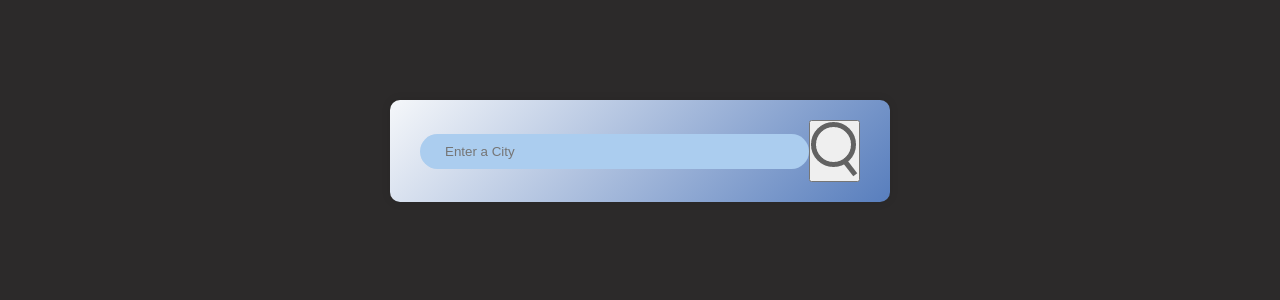
Repository: Haakim19/weatherApp
Page: index.html
These files come from the project's save history. The page is drawn as it stood at one moment and after the next save; the edit follows.
The browser window is 1280 px wide. The pictures show the whole page.

Above is the page before, as saved 2024-11-16 21:04:18.

### index.html
<!DOCTYPE html>
<html lang="en">
<head>
    <meta charset="UTF-8">
    <meta name="viewport" content="width=device-width, initial-scale=1.0">
    <title>Weather App</title>
    <link rel="stylesheet" href="style.css">
</head>
<body>
    <div class="card">
        <div class="search">
            <input type="text" placeholder="Enter a City" spellcheck="false">
            <button><img src="images/search.png"></button>
        </div>
    </div>
</body>
</html>

### style.css
*{
    margin: 0;
    padding: 0;
    box-sizing: border-box;
    font-family: 'Poppins', sans-serif;
}

body{
    background: #2c2a2a;
}
.card{
    width: 90%;
    max-width: 500px;
    color: #fff;
    background:linear-gradient(135deg, #f5f7fa 0%, #587ebd 100%);
    margin: 100px auto 0 ;
    border-radius: 10px;
    padding: 20px 30px;
    text-align: center;
    box-shadow: 0 0 10px rgba(0,0,0,0.1);
}
.search{
    width: 100%;
    display: flex;
    justify-content: space-between;
    align-items: center;
}
.search input{
    border:0;
    outline:0;
    background: #abcdef;
    padding: 10px 25px;
    border-radius: 20px;
    flex: 1;
}

After the next save:
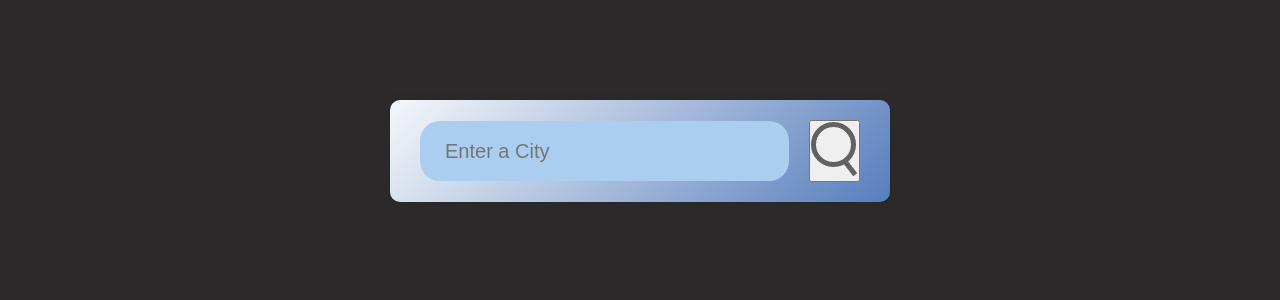
Saved 49 s later.
--- a/style.css
+++ b/style.css
@@ -32,4 +32,7 @@ body{
     padding: 10px 25px;
     border-radius: 20px;
     flex: 1;
+    margin-right: 20px;
+    font-size: 20px;
+    height: 60px;
 }
